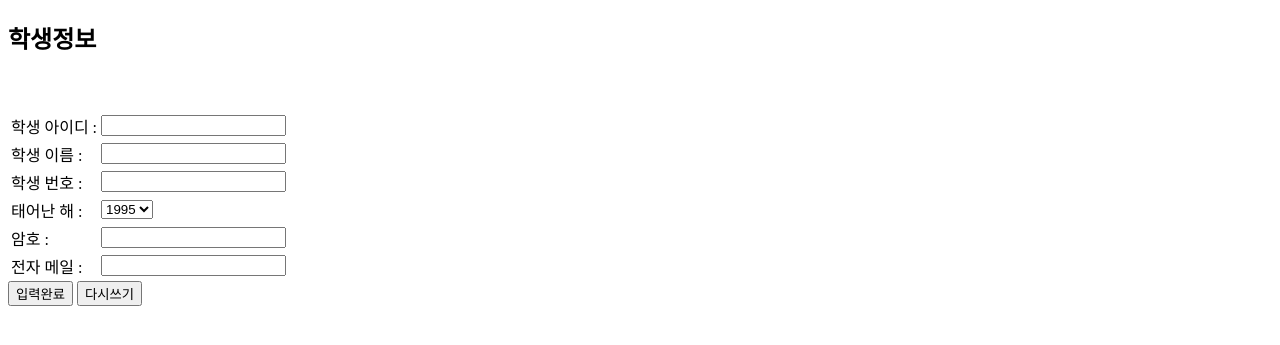
Repository: sunyeongan/Univ_lecture
Page: WebSever_2022/work/week12/week12/src/main/webapp/form2.html
An editor plug-in stored every save of this project. The page is shown before and after the next save, followed by the edit.
The browser window is 1280 px wide. The pictures show the whole page.

Above is the page before, as saved 2022-05-17 02:46:28.

### WebSever_2022/work/week12/week12/src/main/webapp/form2.html
<!DOCTYPE html>
<html>
<head>
<meta http-equiv="Content-Type" content="text/html;charset=EUC-KR">
<title>학생 </title>
</head>
<body>
	<h2> 학생정보 </h2>
	<form method = post action = form2.jsp>
	<table>
	<tr><td>학생 아이디 : </td> <td><input type = text name = id ></td></tr>
	<tr><td>학생 이름  : </td> <td><input type = text name = sname></td></tr>
	<tr><td>학생 번호 : </td> <td><input type = text name = call></td></tr><br>
	<tr><td>태어난 해 : </td> <td><select>
				<option>1995</option>
				<option>1996</option>
			</td></select></tr>
	<tr><td>암호 : </td> <td><input type = password name = pw></td></tr>
	<tr><td>전자 메일 : </td> <td><input type = "text" name = mail></td><br>

	</table>
	<input type="submit" value = "입력완료">
	<input type="submit" value = "다시쓰기">

	</form>


</body>
</html>

After the next save:
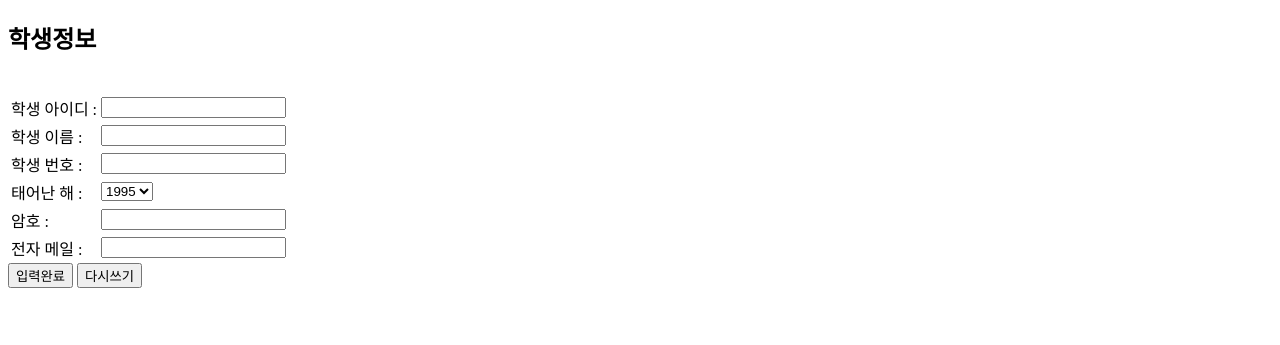
Saved 113 s later.
--- a/WebSever_2022/work/week12/week12/src/main/webapp/form2.html
+++ b/WebSever_2022/work/week12/week12/src/main/webapp/form2.html
@@ -10,11 +10,11 @@
 	<table>
 	<tr><td>학생 아이디 : </td> <td><input type = text name = id ></td></tr>
 	<tr><td>학생 이름  : </td> <td><input type = text name = sname></td></tr>
-	<tr><td>학생 번호 : </td> <td><input type = text name = call></td></tr><br>
+	<tr><td>학생 번호 : </td> <td><input type = text name = call></td></tr>
 	<tr><td>태어난 해 : </td> <td><select>
 				<option>1995</option>
 				<option>1996</option>
-			</td></select></tr>
+			</select></td></tr>
 	<tr><td>암호 : </td> <td><input type = password name = pw></td></tr>
 	<tr><td>전자 메일 : </td> <td><input type = "text" name = mail></td><br>
 
